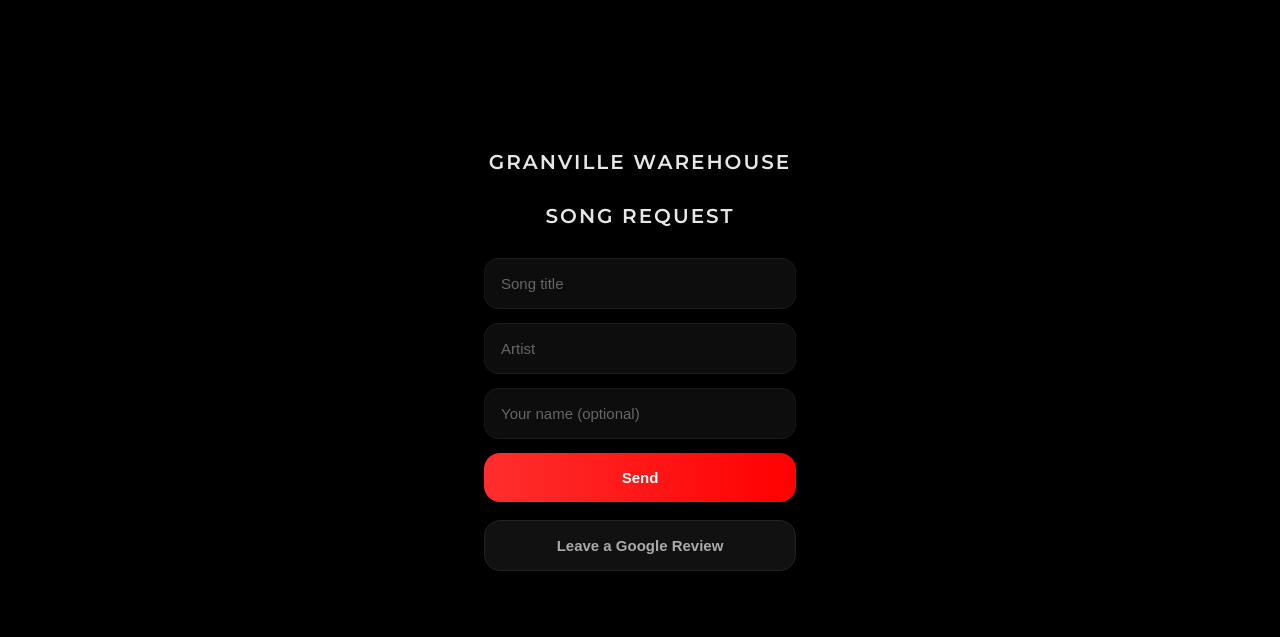
Repository: AryanHeravi/DJ-Request
Page: song_request.html
The author's editor kept a copy of each file at every save. The page is drawn from the files as they stood at one save, then again after the next save.
The browser window is 1280 px wide. The pictures show the whole page.

Above is the page before, as saved 2026-01-24 15:22:09.
Console error: ReferenceError: emailjs is not defined

### song_request.html
<!DOCTYPE html>
<html lang="en">
<head>
<meta charset="UTF-8">
<meta name="viewport" content="width=device-width, initial-scale=1.0">
<title>Song Request</title>

<link href="https://fonts.googleapis.com/css2?family=Montserrat:wght@400;600&display=swap" rel="stylesheet">
<script src="https://cdn.jsdelivr.net/npm/@emailjs/browser@3/dist/email.min.js"></script>

<style>
*{margin:0;padding:0;box-sizing:border-box}

body{
  font-family:Montserrat,sans-serif;
  background:#000;
  color:#fff;
  min-height:100vh;
  display:flex;
  align-items:center;
  justify-content:center;
}

.wrapper{
  width:100%;
  max-width:360px;
  padding:24px;
  text-align:center;
}

h1{
  font-size:20px;
  font-weight:600;
  letter-spacing:2px;
  opacity:.9;
  margin-bottom:30px;
}

form{
  display:flex;
  flex-direction:column;
  gap:14px;
}

input{
  background:#0d0d0d;
  border:1px solid #1a1a1a;
  border-radius:14px;
  padding:16px;
  color:#fff;
  font-size:15px;
}

input::placeholder{color:#666}

button{
  padding:16px;
  border:none;
  border-radius:16px;
  font-size:15px;
  font-weight:600;
  cursor:pointer;
}

.submit-btn{
  background:linear-gradient(90deg,#ff2e2e,#ff0000);
  color:#fff;
}

.review-btn{
  margin-top:18px;
  background:#111;
  border:1px solid #222;
  color:#aaa;
  width:100%;
}

button:active{transform:scale(.98)}

.thank-you{
  display:none;
  font-size:15px;
  line-height:1.6;
  opacity:.9;
  margin-bottom:20px;
}
</style>
</head>

<body>
<div class="wrapper">
  <h1>GRANVILLE WAREHOUSE</h1>
  <h1>SONG REQUEST</h1>

  <form id="songForm">
    <input name="song" placeholder="Song title" required>
    <input name="artist" placeholder="Artist" required>
    <input name="name" placeholder="Your name (optional)">
    <input type="hidden" name="time" id="timeField">
    <button class="submit-btn" type="submit">Send</button>
  </form>

  <div class="thank-you" id="thankYou">
    Thanks for submitting a song request.<br>
    If approved, it will be played shortly.
  </div>

  <a href="https://reviewthis.biz/gr989" target="_blank">
    <button class="review-btn">Leave a Google Review</button>
  </a>

</div>

<script>
emailjs.init('6o_OSihC1KZB6rAKo');

const form = document.getElementById('songForm');
const thankYou = document.getElementById('thankYou');
const timeField = document.getElementById('timeField');

form.addEventListener('submit', e => {
  e.preventDefault();

  timeField.value = new Date().toLocaleTimeString([], {
    hour: '2-digit',
    minute: '2-digit'
  });

  emailjs.sendForm(
    'service_rl9aj5f',
    'template_nrix76r',
    form
  ).then(() => {
    form.style.display = 'none';
    thankYou.style.display = 'block';
  });
});
</script>

</body>
</html>

After the next save:
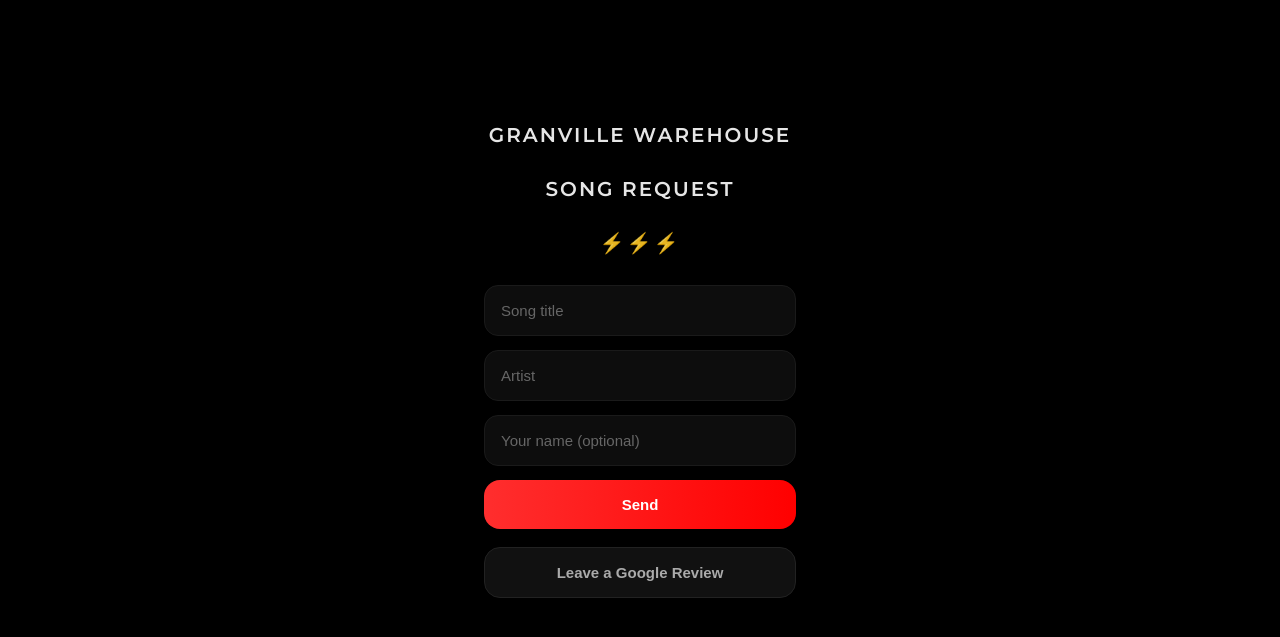
Saved 9 s later.
--- a/song_request.html
+++ b/song_request.html
@@ -91,6 +91,7 @@ button:active{transform:scale(.98)}
 <div class="wrapper">
   <h1>GRANVILLE WAREHOUSE</h1>
   <h1>SONG REQUEST</h1>
+  <h1>⚡⚡⚡</h1>
 
   <form id="songForm">
     <input name="song" placeholder="Song title" required>
